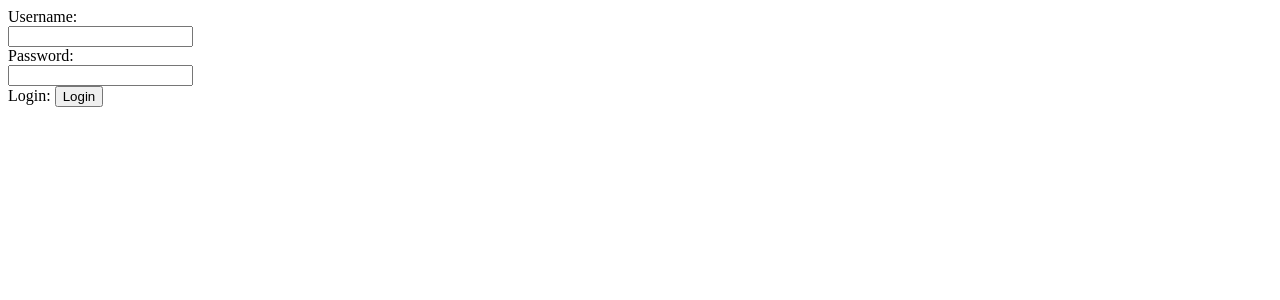
Repository: niksm96/ServletPro
Page: LoginRegistrationApp/WebContent/Index.html
The author's editor kept a copy of each file at every save. The page is drawn from the files as they stood at one save, then again after the next save.
The browser window is 1280 px wide. The pictures show the whole page.

Above is the page before, as saved 2019-01-22 07:03:51.

### LoginRegistrationApp/WebContent/Index.html
<!DOCTYPE html>
<html>
<head>
<meta charset="UTF-8">
<title>Login</title>
</head>
<body>
<form action="login" method="post">
Username:<br>
<input type="text" name="username"><br>
Password:<br>
<input type="text" name="password"><br>
Login:
<button type="submit" value="login">Login</button>
</form>
</body>
</html>

After the next save:
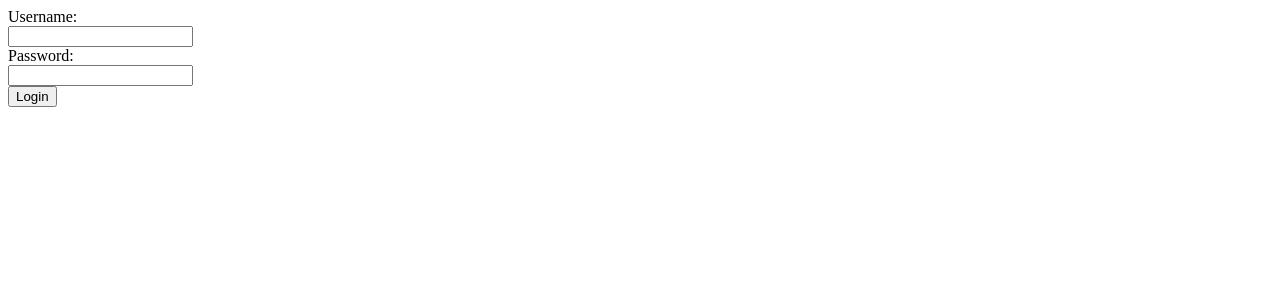
Saved 13 s later.
--- a/LoginRegistrationApp/WebContent/Index.html
+++ b/LoginRegistrationApp/WebContent/Index.html
@@ -10,7 +10,6 @@ Username:<br>
 <input type="text" name="username"><br>
 Password:<br>
 <input type="text" name="password"><br>
-Login:
 <button type="submit" value="login">Login</button>
 </form>
 </body>
